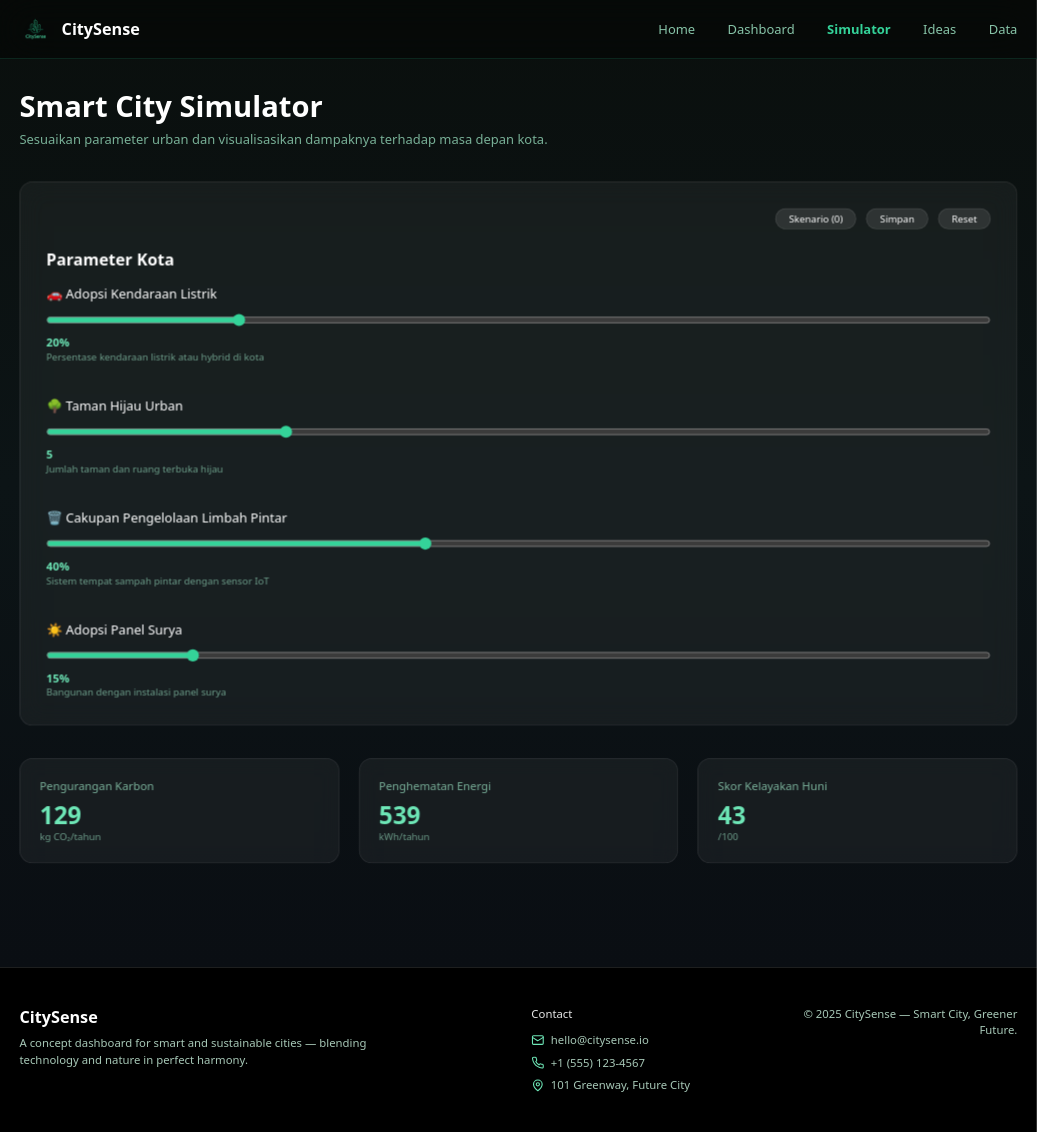
Repository: crashyet/CitySense
Page: /simulator
The author's editor kept a copy of each file at every save. The page is drawn from the files as they stood at one save, then again after the next save.
The browser window is 1280 px wide. The pictures show the whole page, at 81% of full size.
The project was rebuilt for these pictures with package versions that can differ from the ones it lists, and the page was loaded fresh each time. Also part of the build but not shown: vite.config.js, src/pages/landing/Hero.jsx, src/pages/landing/DashboardPreview.jsx, src/pages/landing/Infographic.jsx, src/pages/landing/Community.jsx, src/pages/landing/index.jsx, src/components/EnergyPieChart.jsx, src/components/TrafficCongestionChart.jsx and 4 more.

Above is the page before, as saved 2025-11-18 16:08:46.

### src/App.jsx
import { Routes, Route } from "react-router-dom";

import Landing from "./pages/landing";
import Dashboard from "./pages/Dashboardpack";
import Simulator from "./pages/Simulator";
import Ideas from "./pages/Ideas";
import DataPage from "./pages/Data";

export default function App() {
  return (
    <Routes>
      <Route path="/" element={<Landing />} />
      <Route path="/dashboard" element={<Dashboard />} />
      <Route path="/simulator" element={<Simulator />} />
      <Route path="/ideas" element={<Ideas />} />
      <Route path="/data" element={<DataPage />} />
    </Routes>
  );
}

### src/pages/Simulator/index.jsx
import { useState } from "react";
import Navbar from "../../components/Navbar";
import Footer from "../../components/Footer";

export default function Simulator() {
  // State untuk setiap slider
  const [electricVehicle, setElectricVehicle] = useState(20);
  const [greenSpaces, setGreenSpaces] = useState(5);
  const [wasteSystem, setWasteSystem] = useState(40);
  const [solarPanel, setSolarPanel] = useState(15);

  return (
    <>
      <Navbar />

      <div className="min-h-screen w-full bg-gradient-to-b from-[#0a0f0d] via-[#0c1416] to-[#0a0e13] text-white pt-28 pb-32">
        <div className="max-w-7xl mx-auto px-6">

          {/* ================= HEADER ================= */}
          <h1 className="text-3xl md:text-4xl font-semibold">Smart City Simulator</h1>
          <p className="text-emerald-200/70 mt-2 text-sm md:text-base">
            Sesuaikan parameter urban dan visualisasikan dampaknya terhadap masa depan kota.
          </p>

          {/* ================= PARAMETER WRAPPER ================= */}
          <div className="mt-10 rounded-2xl bg-white/5 backdrop-blur-lg border border-white/10 p-8">

            {/* TOP RIGHT BUTTONS */}
            <div className="flex justify-end gap-3 mb-6 flex-wrap">
              <button className="px-4 py-1 rounded-full text-xs bg-white/10 border border-white/10">
                Skenario (0)
              </button>
              <button className="px-4 py-1 rounded-full text-xs bg-white/10 border border-white/10">
                Simpan
              </button>
              <button className="px-4 py-1 rounded-full text-xs bg-white/10 border border-white/10">
                Reset
              </button>
            </div>

            {/* ================= PARAMETER GROUP ================= */}
            <h2 className="text-xl font-semibold mb-4">Parameter Kota</h2>

            {/* === PARAMETER BLOCK === */}
            <div className="space-y-10">

              {/* ELECTRIC VEHICLE */}
              <div>
                <p className="font-medium flex items-center gap-2">
                  🚗 Adopsi Kendaraan Listrik
                </p>
                <input
                  type="range"
                  min="0"
                  max="100"
                  value={electricVehicle}
                  onChange={(e) => setElectricVehicle(e.target.value)}
                  className="w-full accent-emerald-400 mt-3"
                />
                <span className="text-emerald-300 font-semibold text-sm mt-1 block">
                  {electricVehicle}%
                </span>
                <p className="text-xs text-emerald-200/60">
                  Persentase kendaraan listrik atau hybrid di kota
                </p>
              </div>

              {/* GREEN SPACES */}
              <div>
                <p className="font-medium flex items-center gap-2">
                  🌳 Taman Hijau Urban
                </p>
                <input
                  type="range"
                  min="0"
                  max="20"
                  value={greenSpaces}
                  onChange={(e) => setGreenSpaces(e.target.value)}
                  className="w-full accent-emerald-400 mt-3"
                />
                <span className="text-emerald-300 font-semibold text-sm mt-1 block">
                  {greenSpaces}
                </span>
                <p className="text-xs text-emerald-200/60">
                  Jumlah taman dan ruang terbuka hijau
                </p>
              </div>

              {/* WASTE SYSTEM */}
              <div>
                <p className="font-medium flex items-center gap-2">
                  🗑️ Cakupan Pengelolaan Limbah Pintar
                </p>
                <input
                  type="range"
                  min="0"
                  max="100"
                  value={wasteSystem}
                  onChange={(e) => setWasteSystem(e.target.value)}
                  className="w-full accent-emerald-400 mt-3"
                />
                <span className="text-emerald-300 font-semibold text-sm mt-1 block">
                  {wasteSystem}%
                </span>
                <p className="text-xs text-emerald-200/60">
                  Sistem tempat sampah pintar dengan sensor IoT
                </p>
              </div>

              {/* SOLAR PANEL */}
              <div>
                <p className="font-medium flex items-center gap-2">
                  ☀️ Adopsi Panel Surya
                </p>
                <input
                  type="range"
                  min="0"
                  max="100"
                  value={solarPanel}
                  onChange={(e) => setSolarPanel(e.target.value)}
                  className="w-full accent-emerald-400 mt-3"
                />
                <span className="text-emerald-300 font-semibold text-sm mt-1 block">
                  {solarPanel}%
                </span>
                <p className="text-xs text-emerald-200/60">
                  Bangunan dengan instalasi panel surya
                </p>
              </div>

            </div>
          </div>

          {/* ================= RESULT CARDS ================= */}
          <div className="mt-10 grid grid-cols-1 sm:grid-cols-2 lg:grid-cols-3 gap-6">

            {/* RED CARBON */}
            <div className="p-6 rounded-2xl bg-white/5 backdrop-blur-md border border-white/10">
              <p className="text-sm text-emerald-200/70">Pengurangan Karbon</p>
              <h3 className="text-3xl font-semibold mt-2 text-emerald-300">129</h3>
              <p className="text-xs text-emerald-200/60">kg CO₂/tahun</p>
            </div>

            {/* ENERGY SAVINGS */}
            <div className="p-6 rounded-2xl bg-white/5 backdrop-blur-md border border-white/10">
              <p className="text-sm text-emerald-200/70">Penghematan Energi</p>
              <h3 className="text-3xl font-semibold mt-2 text-emerald-300">539</h3>
              <p className="text-xs text-emerald-200/60">kWh/tahun</p>
            </div>

            {/* LIVABILITY SCORE */}
            <div className="p-6 rounded-2xl bg-white/5 backdrop-blur-md border border-white/10">
              <p className="text-sm text-emerald-200/70">Skor Kelayakan Huni</p>
              <h3 className="text-3xl font-semibold mt-2 text-emerald-300">43</h3>
              <p className="text-xs text-emerald-200/60">/100</p>
            </div>

          </div>


        </div>
      </div>

      <Footer />
    </>
  );
}

### src/components/Navbar.jsx
import { NavLink } from "react-router-dom";
import { useState } from "react";
import Logo from "../assets/logo.png"; // sesuaikan path logo

export default function Navbar() {
  const [open, setOpen] = useState(false);

  const linkClass = ({ isActive }) =>
    isActive
      ? "text-emerald-400 font-semibold"
      : "text-emerald-200/80 hover:text-white";

  return (
    <header className="fixed w-full z-50 bg-black/40 backdrop-blur-xl border-b border-emerald-400/20 px-6 py-4">
      <div className="max-w-7xl mx-auto flex justify-between items-center">

        {/* LOGO */}
        <NavLink to="/" className="flex items-center gap-3">
          <img src={Logo} className="w-10 h-10" />
          <span className="text-xl text-white font-semibold">CitySense</span>
        </NavLink>

        {/* DESKTOP NAV */}
        <nav className="hidden md:flex gap-10">
          <NavLink to="/" className={linkClass}>Home</NavLink>
          <NavLink to="/dashboard" className={linkClass}>Dashboard</NavLink>
          <NavLink to="/simulator" className={linkClass}>Simulator</NavLink>
          <NavLink to="/ideas" className={linkClass}>Ideas</NavLink>
          <NavLink to="/data" className={linkClass}>Data</NavLink>
        </nav>

        {/* MOBILE BUTTON */}
        <button className="md:hidden text-white" onClick={() => setOpen(!open)}>
          {open ? "✖" : "☰"}
        </button>
      </div>

      {/* MOBILE NAV */}
      {open && (
        <div className="md:hidden bg-black/60 backdrop-blur-lg px-6 pb-4 flex flex-col gap-3">
          <NavLink onClick={() => setOpen(false)} to="/" className="text-white">Home</NavLink>
          <NavLink onClick={() => setOpen(false)} to="/dashboard" className="text-white">Dashboard</NavLink>
          <NavLink onClick={() => setOpen(false)} to="/simulator" className="text-white">Simulator</NavLink>
          <NavLink onClick={() => setOpen(false)} to="/ideas" className="text-white">Ideas</NavLink>
          <NavLink onClick={() => setOpen(false)} to="/data" className="text-white">Data</NavLink>
        </div>
      )}
    </header>
  );
}

Loaded but not shown: index.html (common file); src/main.jsx (common file); src/index.css (common file); tailwind.config.js (common file); src/components/Footer.jsx (84 lines, source omitted)

After the next save:
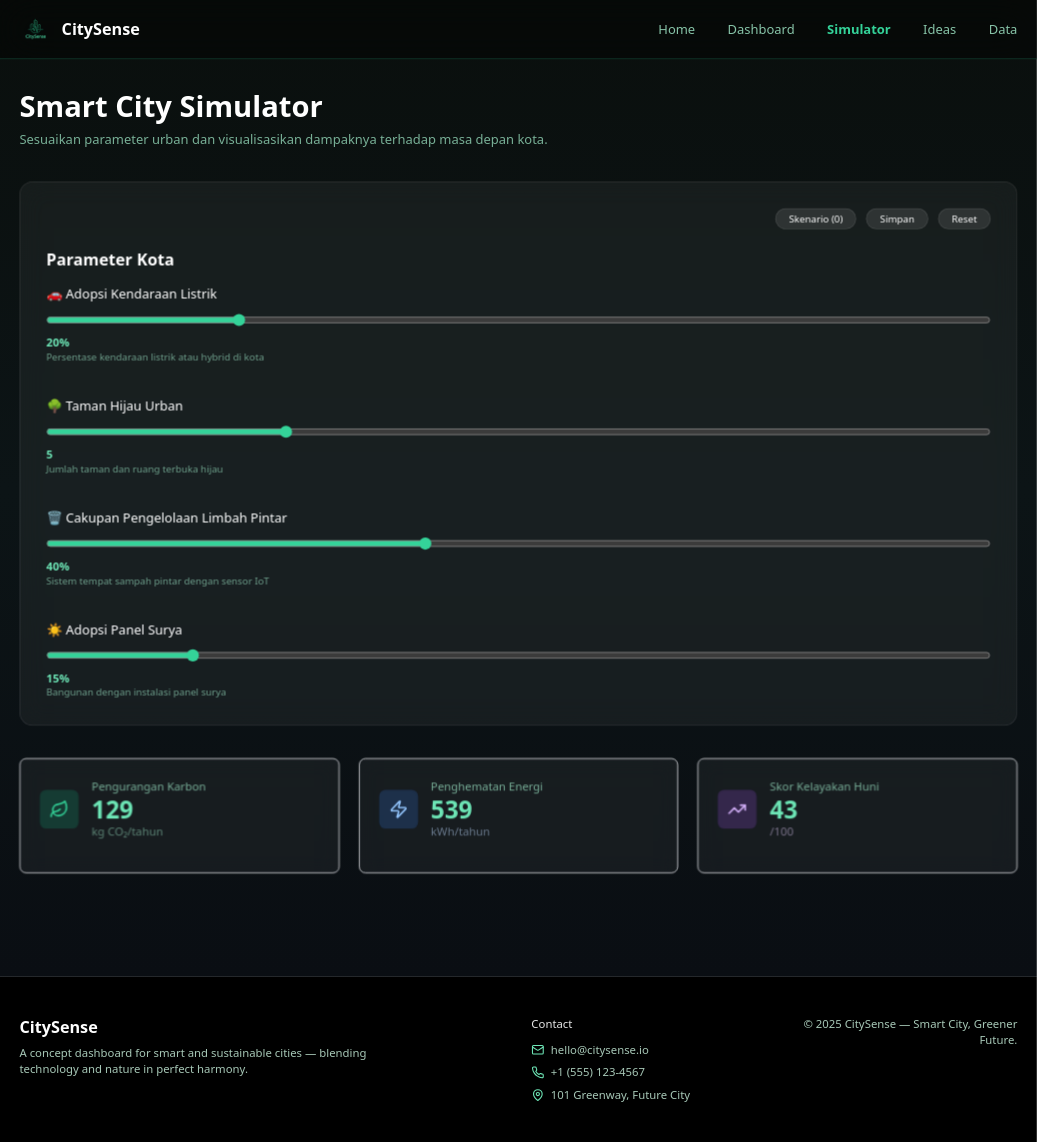
Saved 13 min 45 s later.
--- a/src/pages/Simulator/index.jsx
+++ b/src/pages/Simulator/index.jsx
@@ -132,30 +132,97 @@
           </div>
 
           {/* ================= RESULT CARDS ================= */}
-          <div className="mt-10 grid grid-cols-1 sm:grid-cols-2 lg:grid-cols-3 gap-6">
-
-            {/* RED CARBON */}
-            <div className="p-6 rounded-2xl bg-white/5 backdrop-blur-md border border-white/10">
-              <p className="text-sm text-emerald-200/70">Pengurangan Karbon</p>
-              <h3 className="text-3xl font-semibold mt-2 text-emerald-300">129</h3>
-              <p className="text-xs text-emerald-200/60">kg CO₂/tahun</p>
-            </div>
-
-            {/* ENERGY SAVINGS */}
-            <div className="p-6 rounded-2xl bg-white/5 backdrop-blur-md border border-white/10">
-              <p className="text-sm text-emerald-200/70">Penghematan Energi</p>
-              <h3 className="text-3xl font-semibold mt-2 text-emerald-300">539</h3>
-              <p className="text-xs text-emerald-200/60">kWh/tahun</p>
-            </div>
-
-            {/* LIVABILITY SCORE */}
-            <div className="p-6 rounded-2xl bg-white/5 backdrop-blur-md border border-white/10">
-              <p className="text-sm text-emerald-200/70">Skor Kelayakan Huni</p>
-              <h3 className="text-3xl font-semibold mt-2 text-emerald-300">43</h3>
-              <p className="text-xs text-emerald-200/60">/100</p>
-            </div>
-
-          </div>
+          {/* ================= RESULT CARDS ================= */}
+<div className="grid grid-cols-1 md:grid-cols-3 gap-6 mt-10">
+
+  {/* PENGURANGAN KARBON */}
+  <div className="rounded-lg border bg-white/5 text-card-foreground shadow-sm backdrop-blur-md hover-scale">
+    <div className="p-6">
+      <div className="flex items-center gap-4 mb-4">
+        <div className="p-3 rounded-lg bg-emerald-500/20">
+          <svg
+            className="h-6 w-6 text-emerald-400"
+            xmlns="http://www.w3.org/2000/svg"
+            width="24"
+            height="24"
+            fill="none"
+            stroke="currentColor"
+            strokeWidth="2"
+            strokeLinecap="round"
+            strokeLinejoin="round"
+          >
+            <path d="M11 20A7 7 0 0 1 9.8 6.1C15.5 5 17 4.48 19 2c1 2 2 4.18 2 8 0 5.5-4.78 10-10 10Z"></path>
+            <path d="M2 21c0-3 1.85-5.36 5.08-6C9.5 14.52 12 13 13 12"></path>
+          </svg>
+        </div>
+        <div>
+          <p className="text-sm text-emerald-200/70">Pengurangan Karbon</p>
+          <p className="text-3xl font-bold text-emerald-300">129</p>
+          <p className="text-sm text-emerald-200/50">kg CO₂/tahun</p>
+        </div>
+      </div>
+    </div>
+  </div>
+
+  {/* PENGHEMATAN ENERGI */}
+  <div className="rounded-lg border bg-white/5 text-card-foreground shadow-sm backdrop-blur-md hover-scale">
+    <div className="p-6">
+      <div className="flex items-center gap-4 mb-4">
+        <div className="p-3 rounded-lg bg-blue-500/20">
+          <svg
+            className="h-6 w-6 text-blue-300"
+            xmlns="http://www.w3.org/2000/svg"
+            width="24"
+            height="24"
+            fill="none"
+            stroke="currentColor"
+            strokeWidth="2"
+            strokeLinecap="round"
+            strokeLinejoin="round"
+          >
+            <path d="M4 14a1 1 0 0 1-.78-1.63l9.9-10.2a.5.5 0 0 1 .86.46l-1.92 6.02A1 1 0 0 0 13 10h7a1 1 0 0 1 .78 1.63l-9.9 10.2a.5.5 0 0 1-.86-.46l1.92-6.02A1 1 0 0 0 11 14z"></path>
+          </svg>
+        </div>
+        <div>
+          <p className="text-sm text-emerald-200/70">Penghematan Energi</p>
+          <p className="text-3xl font-bold text-emerald-300">539</p>
+          <p className="text-sm text-blue-200/50">kWh/tahun</p>
+        </div>
+      </div>
+    </div>
+  </div>
+
+  {/* SKOR KELAYAKAN HUNI */}
+  <div className="rounded-lg border bg-white/5 text-card-foreground shadow-sm backdrop-blur-md hover-scale">
+    <div className="p-6">
+      <div className="flex items-center gap-4 mb-4">
+        <div className="p-3 rounded-lg bg-purple-500/20">
+          <svg
+            className="h-6 w-6 text-purple-300"
+            xmlns="http://www.w3.org/2000/svg"
+            width="24"
+            height="24"
+            fill="none"
+            stroke="currentColor"
+            strokeWidth="2"
+            strokeLinecap="round"
+            strokeLinejoin="round"
+          >
+            <polyline points="22 7 13.5 15.5 8.5 10.5 2 17"></polyline>
+            <polyline points="16 7 22 7 22 13"></polyline>
+          </svg>
+        </div>
+
+        <div>
+          <p className="text-sm text-emerald-200/70">Skor Kelayakan Huni</p>
+          <p className="text-3xl font-bold text-emerald-300">43</p>
+          <p className="text-sm text-purple-200/50">/100</p>
+        </div>
+      </div>
+    </div>
+  </div>
+</div>
+
 
 
         </div>

After the save that followed:
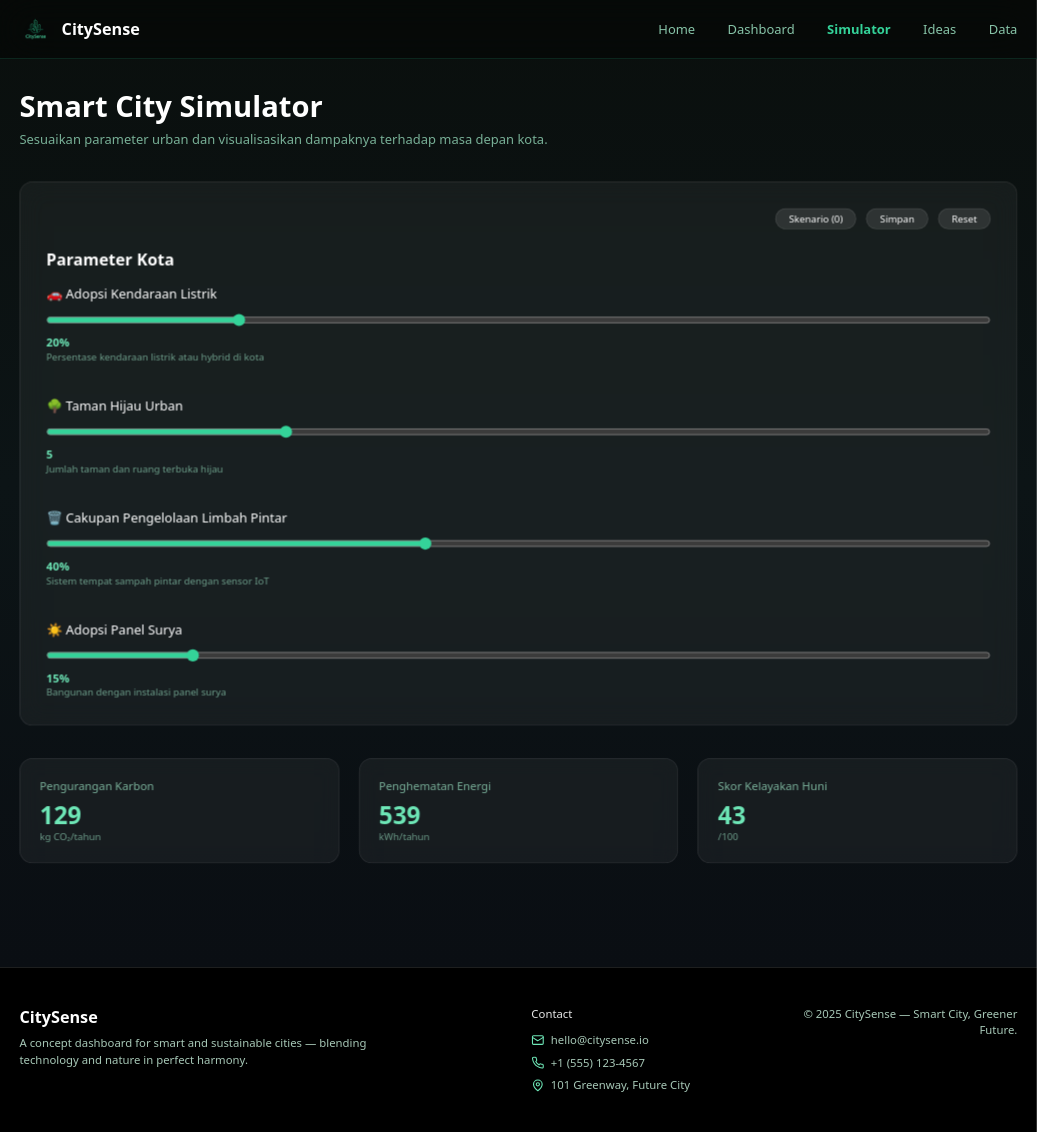
Saved 10 s later.
--- a/src/pages/Simulator/index.jsx
+++ b/src/pages/Simulator/index.jsx
@@ -132,97 +132,30 @@
           </div>
 
           {/* ================= RESULT CARDS ================= */}
-          {/* ================= RESULT CARDS ================= */}
-<div className="grid grid-cols-1 md:grid-cols-3 gap-6 mt-10">
+          <div className="mt-10 grid grid-cols-1 sm:grid-cols-2 lg:grid-cols-3 gap-6">
 
-  {/* PENGURANGAN KARBON */}
-  <div className="rounded-lg border bg-white/5 text-card-foreground shadow-sm backdrop-blur-md hover-scale">
-    <div className="p-6">
-      <div className="flex items-center gap-4 mb-4">
-        <div className="p-3 rounded-lg bg-emerald-500/20">
-          <svg
-            className="h-6 w-6 text-emerald-400"
-            xmlns="http://www.w3.org/2000/svg"
-            width="24"
-            height="24"
-            fill="none"
-            stroke="currentColor"
-            strokeWidth="2"
-            strokeLinecap="round"
-            strokeLinejoin="round"
-          >
-            <path d="M11 20A7 7 0 0 1 9.8 6.1C15.5 5 17 4.48 19 2c1 2 2 4.18 2 8 0 5.5-4.78 10-10 10Z"></path>
-            <path d="M2 21c0-3 1.85-5.36 5.08-6C9.5 14.52 12 13 13 12"></path>
-          </svg>
-        </div>
-        <div>
-          <p className="text-sm text-emerald-200/70">Pengurangan Karbon</p>
-          <p className="text-3xl font-bold text-emerald-300">129</p>
-          <p className="text-sm text-emerald-200/50">kg CO₂/tahun</p>
-        </div>
-      </div>
-    </div>
-  </div>
+            {/* RED CARBON */}
+            <div className="p-6 rounded-2xl bg-white/5 backdrop-blur-md border border-white/10">
+              <p className="text-sm text-emerald-200/70">Pengurangan Karbon</p>
+              <h3 className="text-3xl font-semibold mt-2 text-emerald-300">129</h3>
+              <p className="text-xs text-emerald-200/60">kg CO₂/tahun</p>
+            </div>
 
-  {/* PENGHEMATAN ENERGI */}
-  <div className="rounded-lg border bg-white/5 text-card-foreground shadow-sm backdrop-blur-md hover-scale">
-    <div className="p-6">
-      <div className="flex items-center gap-4 mb-4">
-        <div className="p-3 rounded-lg bg-blue-500/20">
-          <svg
-            className="h-6 w-6 text-blue-300"
-            xmlns="http://www.w3.org/2000/svg"
-            width="24"
-            height="24"
-            fill="none"
-            stroke="currentColor"
-            strokeWidth="2"
-            strokeLinecap="round"
-            strokeLinejoin="round"
-          >
-            <path d="M4 14a1 1 0 0 1-.78-1.63l9.9-10.2a.5.5 0 0 1 .86.46l-1.92 6.02A1 1 0 0 0 13 10h7a1 1 0 0 1 .78 1.63l-9.9 10.2a.5.5 0 0 1-.86-.46l1.92-6.02A1 1 0 0 0 11 14z"></path>
-          </svg>
-        </div>
-        <div>
-          <p className="text-sm text-emerald-200/70">Penghematan Energi</p>
-          <p className="text-3xl font-bold text-emerald-300">539</p>
-          <p className="text-sm text-blue-200/50">kWh/tahun</p>
-        </div>
-      </div>
-    </div>
-  </div>
+            {/* ENERGY SAVINGS */}
+            <div className="p-6 rounded-2xl bg-white/5 backdrop-blur-md border border-white/10">
+              <p className="text-sm text-emerald-200/70">Penghematan Energi</p>
+              <h3 className="text-3xl font-semibold mt-2 text-emerald-300">539</h3>
+              <p className="text-xs text-emerald-200/60">kWh/tahun</p>
+            </div>
 
-  {/* SKOR KELAYAKAN HUNI */}
-  <div className="rounded-lg border bg-white/5 text-card-foreground shadow-sm backdrop-blur-md hover-scale">
-    <div className="p-6">
-      <div className="flex items-center gap-4 mb-4">
-        <div className="p-3 rounded-lg bg-purple-500/20">
-          <svg
-            className="h-6 w-6 text-purple-300"
-            xmlns="http://www.w3.org/2000/svg"
-            width="24"
-            height="24"
-            fill="none"
-            stroke="currentColor"
-            strokeWidth="2"
-            strokeLinecap="round"
-            strokeLinejoin="round"
-          >
-            <polyline points="22 7 13.5 15.5 8.5 10.5 2 17"></polyline>
-            <polyline points="16 7 22 7 22 13"></polyline>
-          </svg>
-        </div>
+            {/* LIVABILITY SCORE */}
+            <div className="p-6 rounded-2xl bg-white/5 backdrop-blur-md border border-white/10">
+              <p className="text-sm text-emerald-200/70">Skor Kelayakan Huni</p>
+              <h3 className="text-3xl font-semibold mt-2 text-emerald-300">43</h3>
+              <p className="text-xs text-emerald-200/60">/100</p>
+            </div>
 
-        <div>
-          <p className="text-sm text-emerald-200/70">Skor Kelayakan Huni</p>
-          <p className="text-3xl font-bold text-emerald-300">43</p>
-          <p className="text-sm text-purple-200/50">/100</p>
-        </div>
-      </div>
-    </div>
-  </div>
-</div>
-
+          </div>
 
 
         </div>
